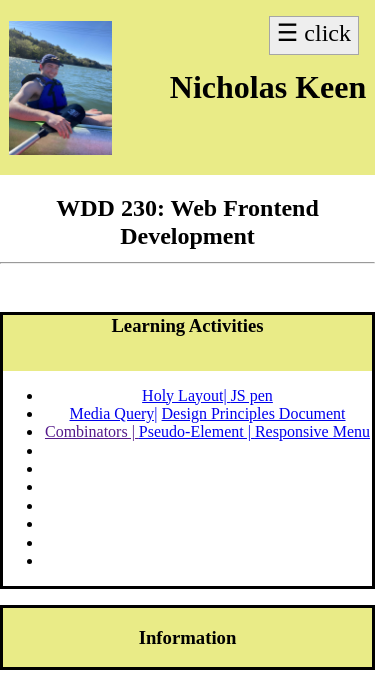
Repository: nak97/WDD230
Page: index.html
An editor plug-in stored every save of this project. The page is shown before and after the next save, followed by the edit.
The browser window is 375 px wide. The pictures show the part of the page from y = 0 to 686 px (the page is 1275 px tall).
Pictures or frames that could not be fetched are drawn as grey boxes. Some icons come from a web library that is not loaded, so they are not drawn. Some web libraries are served in a nearby version.

Above is the page before, as saved 2023-09-28 16:19:20.

After the next save:
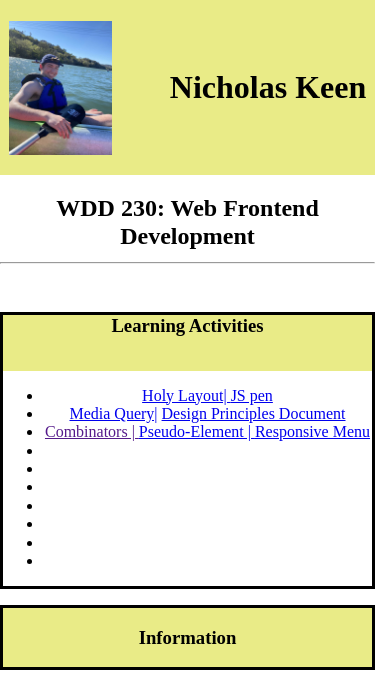
Saved 10 s later.
--- a/styles/media.css
+++ b/styles/media.css
@@ -21,6 +21,10 @@
       width: 22.5rem;
 
   }
+  #menu {
+    display: none;
+  }
+
 #menu {
   font-size: 1.5rem;
 	border: 1px solid rgba(0,0,0,.3);
